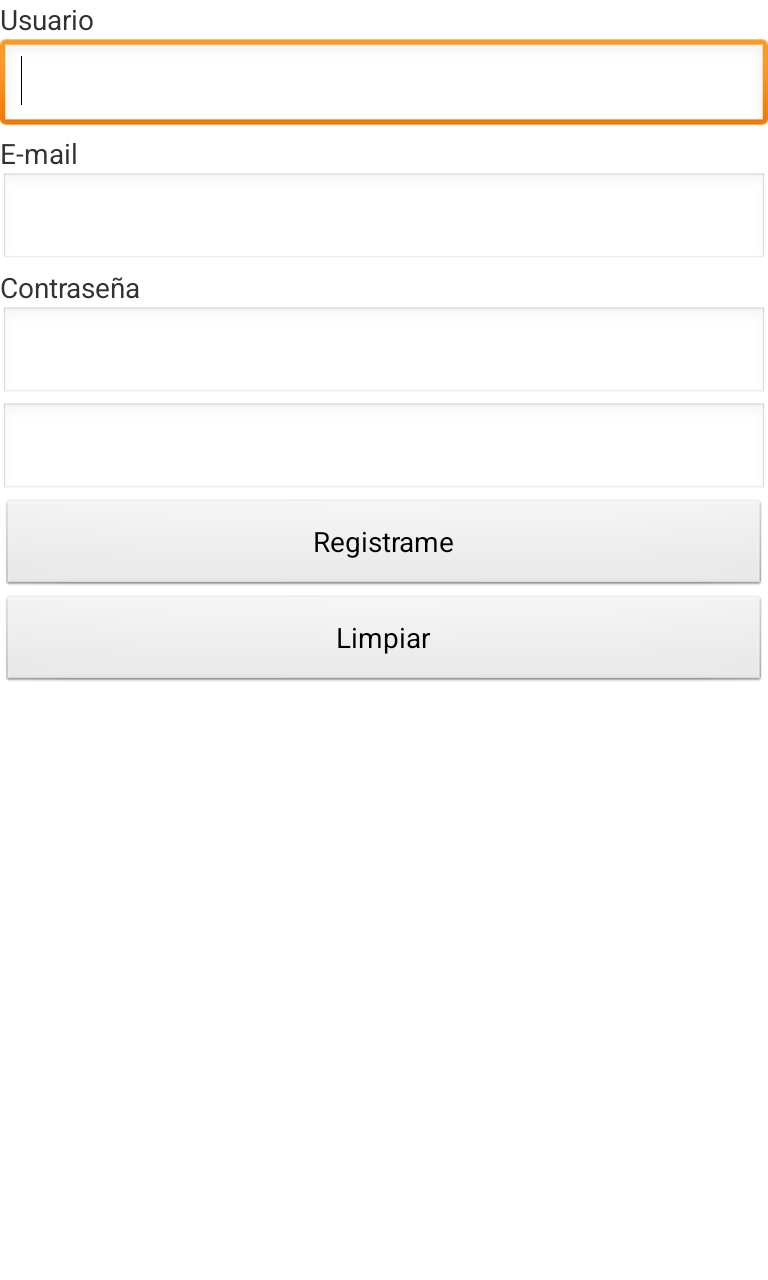
Repository: doapps/Android_Basico
Layout: Sesion01/res/layout/register_layout.xml
These files come from the project's save history. The layout is drawn as it stood at one moment and after the next save; the edit follows.
It is drawn on a 768 x 1280 px phone screen (xhdpi) without system bars, with theme android:Theme.Light; the app's code is not run.

Above is the layout before, as saved 2014-03-08 17:32:00.

### Sesion01/res/layout/register_layout.xml
<?xml version="1.0" encoding="utf-8"?>
<LinearLayout xmlns:android="http://schemas.android.com/apk/res/android"
    android:layout_width="match_parent"
    android:layout_height="match_parent"
    android:orientation="vertical" >

    <TextView
        android:id="@+id/textView1"
        android:layout_width="wrap_content"
        android:layout_height="wrap_content"
        android:text="Usuario" />

    <EditText
        android:id="@+id/editText1"
        android:layout_width="match_parent"
        android:layout_height="wrap_content"
        android:ems="10" >

        <requestFocus />
    </EditText>

    <TextView
        android:id="@+id/textView2"
        android:layout_width="wrap_content"
        android:layout_height="wrap_content"
        android:text="E-mail" />

    <EditText
        android:id="@+id/editText2"
        android:layout_width="match_parent"
        android:layout_height="wrap_content"
        android:ems="10" />

    <TextView
        android:id="@+id/textView3"
        android:layout_width="wrap_content"
        android:layout_height="wrap_content"
        android:text="Contraseña" />

    <EditText
        android:id="@+id/editText3"
        android:layout_width="match_parent"
        android:layout_height="wrap_content"
        android:ems="10"
        android:inputType="textPassword" />

    <EditText
        android:id="@+id/editText4"
        android:layout_width="match_parent"
        android:layout_height="wrap_content"
        android:ems="10"
        android:inputType="textPassword" />

    <Button
        android:id="@+id/button1"
        android:layout_width="match_parent"
        android:layout_height="wrap_content"
        android:text="Registrame" />

    <Button
        android:id="@+id/button2"
        android:layout_width="match_parent"
        android:layout_height="wrap_content"
        android:text="Limpiar" />

</LinearLayout>

After the next save:
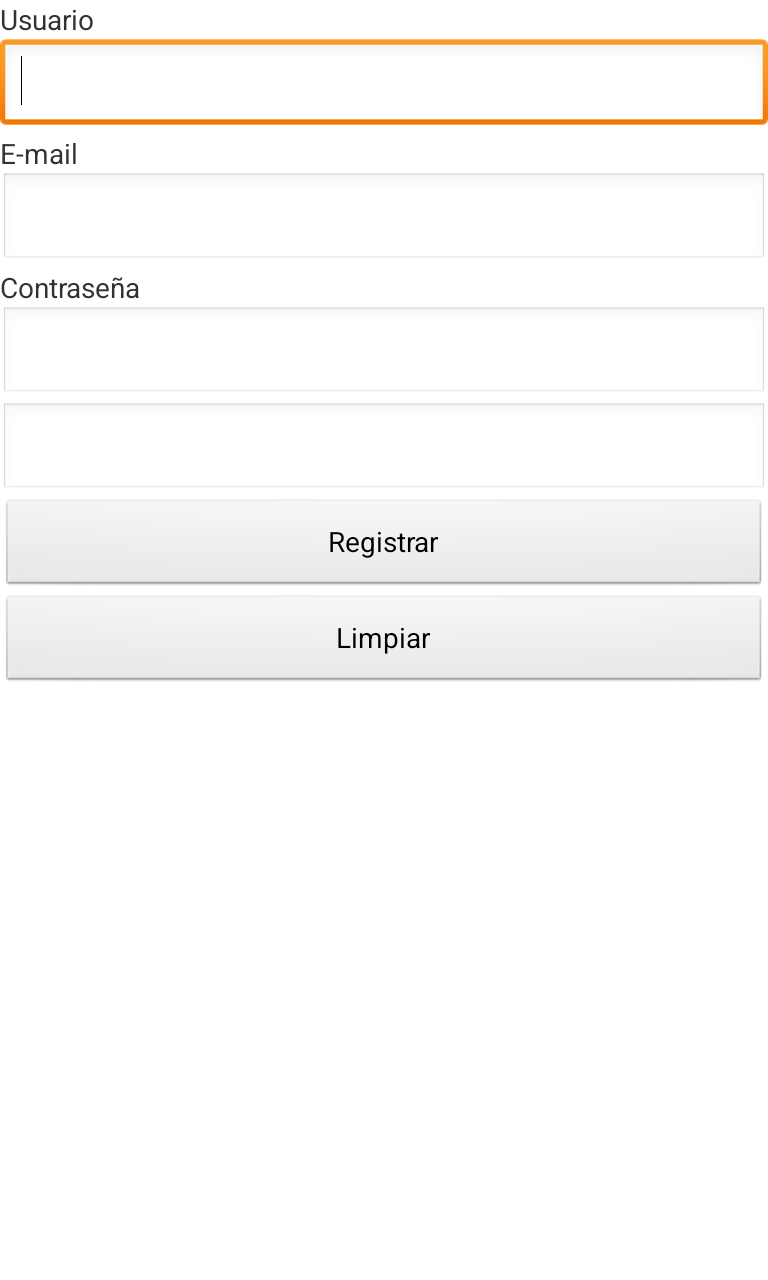
Saved 2 min 55 s later.
--- a/Sesion01/res/layout/register_layout.xml
+++ b/Sesion01/res/layout/register_layout.xml
@@ -11,7 +11,7 @@
         android:text="Usuario" />
 
     <EditText
-        android:id="@+id/editText1"
+        android:id="@+id/txtUsername"
         android:layout_width="match_parent"
         android:layout_height="wrap_content"
         android:ems="10" >
@@ -26,7 +26,7 @@
         android:text="E-mail" />
 
     <EditText
-        android:id="@+id/editText2"
+        android:id="@+id/txtEmail"
         android:layout_width="match_parent"
         android:layout_height="wrap_content"
         android:ems="10" />
@@ -38,27 +38,27 @@
         android:text="Contraseña" />
 
     <EditText
-        android:id="@+id/editText3"
+        android:id="@+id/txtPassword"
         android:layout_width="match_parent"
         android:layout_height="wrap_content"
         android:ems="10"
         android:inputType="textPassword" />
 
     <EditText
-        android:id="@+id/editText4"
+        android:id="@+id/txtPassword2"
         android:layout_width="match_parent"
         android:layout_height="wrap_content"
         android:ems="10"
         android:inputType="textPassword" />
 
     <Button
-        android:id="@+id/button1"
+        android:id="@+id/btnRegistrar"
         android:layout_width="match_parent"
         android:layout_height="wrap_content"
-        android:text="Registrame" />
+        android:text="Registrar" />
 
     <Button
-        android:id="@+id/button2"
+        android:id="@+id/btnLimpiar"
         android:layout_width="match_parent"
         android:layout_height="wrap_content"
         android:text="Limpiar" />
